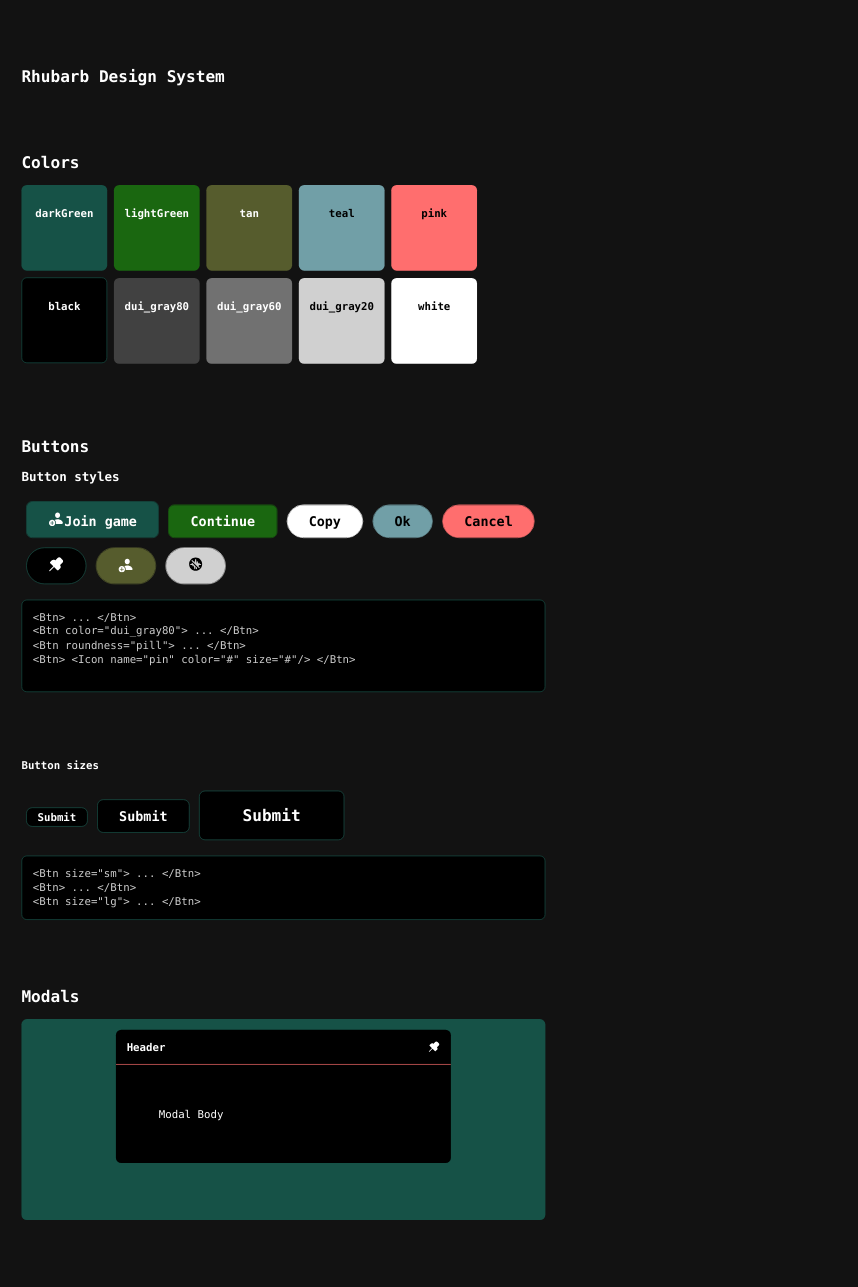
Repository: kttalley/designing-with-data_react-class
Page: / (app in lesson6_design-system-component-extension/)
The author's editor kept a copy of each file at every save. The page is drawn from the files as they stood at one save, then again after the next save.
The browser window is 1280 px wide. The pictures show the whole page, at 67% of full size.
The project was rebuilt for these pictures with package versions that can differ from the ones it lists, and the page was loaded fresh each time. Imported but missing from the stored project, and not drawn on this page: lesson6_design-system-component-extension/src/Rhubarb/Input.

Above is the page before, as saved 2023-09-01 13:11:27.

After the next save:
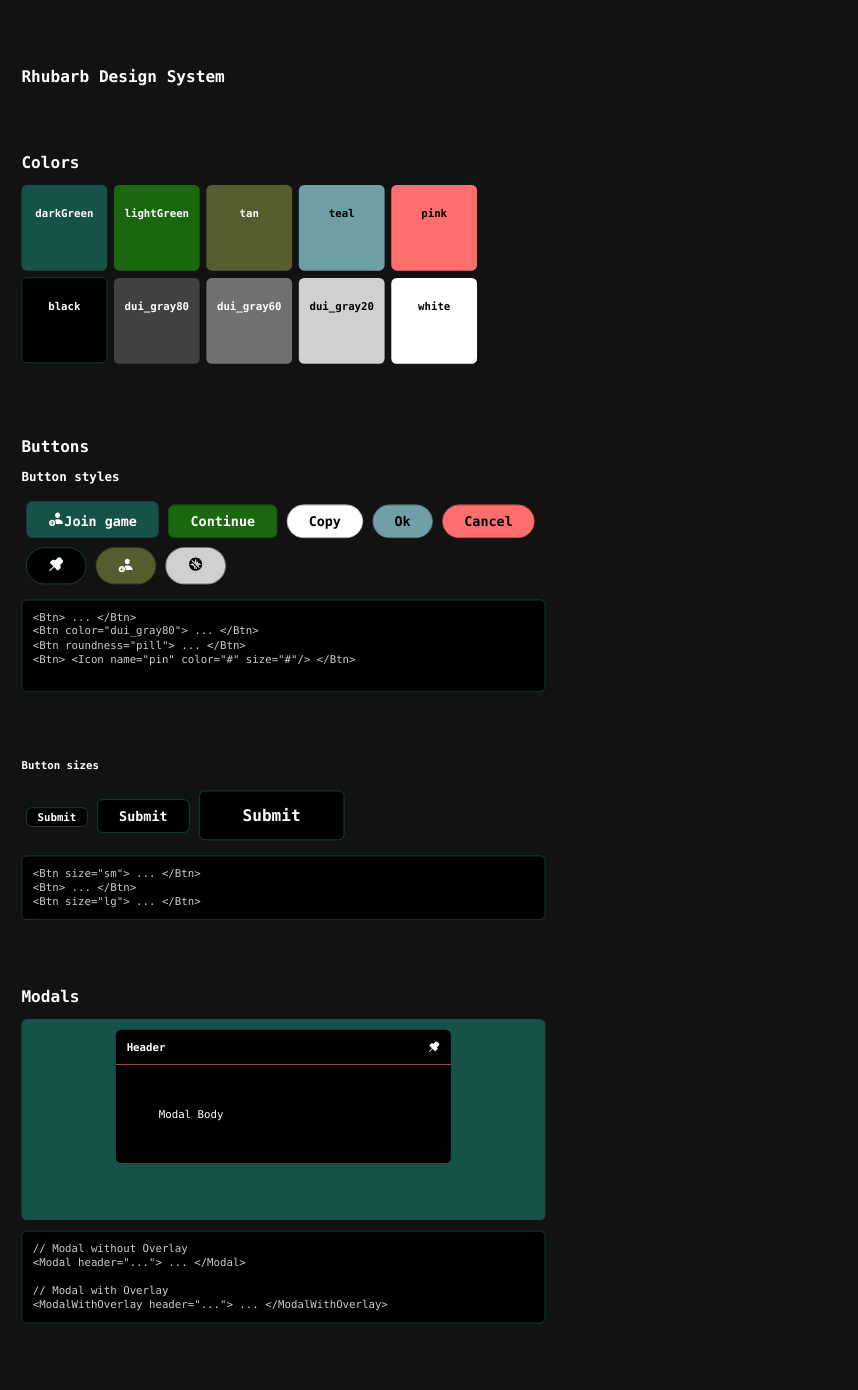
Saved 22 s later.
--- a/lesson6_design-system-component-extension/src/App.js
+++ b/lesson6_design-system-component-extension/src/App.js
@@ -83,6 +83,14 @@ class App extends Component {
               Modal Body
             </Modal>
          </DocsModalContainer>
+         <DocsCodeBlock>
+            {` // Modal without Overlay
+              <Modal header="..."> ... </Modal>
+
+              // Modal with Overlay
+              <ModalWithOverlay header="..."> ... </ModalWithOverlay>
+            `}
+          </DocsCodeBlock>
 
         </DocsSection>
       </div>
